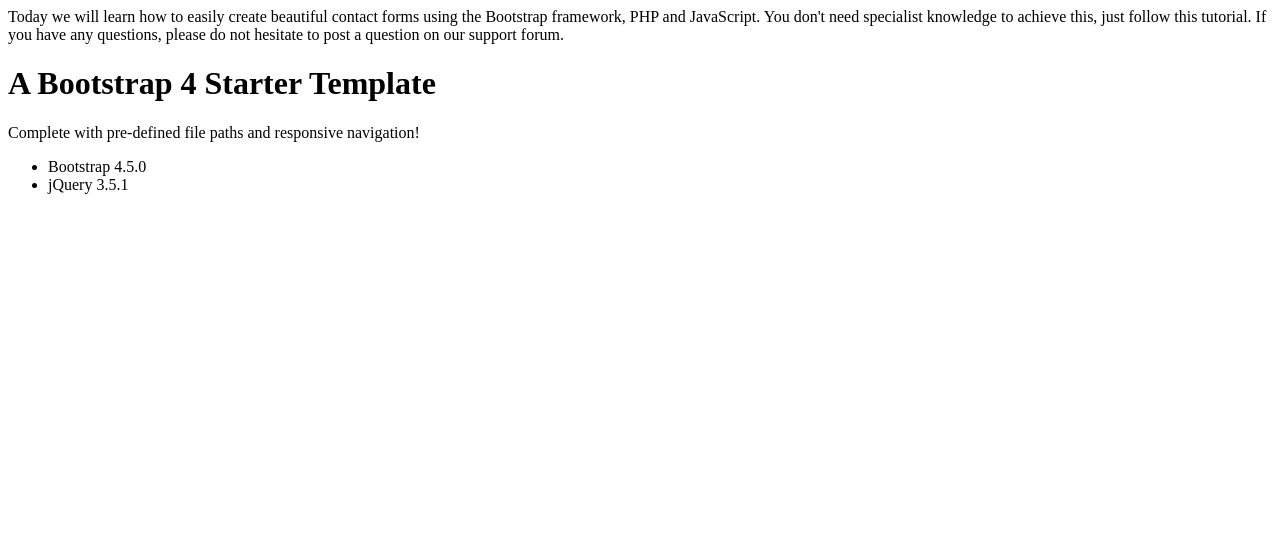
Repository: QuangThuanLion/Project_SpringMVC
Page: http://localhost/springweb-mvc/WEB-INF/views/web/contact.jsp
These files come from the project's save history. The page is drawn as it stood at one moment and after the next save; the edit follows.
The browser window is 1280 px wide. The pictures show the whole page.
The page is served by Tomcat 9. Nobody is signed in. Other server files are loaded and not shown. The template is opened directly, without the code that normally fills it, so the values that code supplies are empty.

Above is the page before, as saved 2020-07-01 17:30:47.

### springweb-mvc/src/main/webapp/WEB-INF/views/web/contact.jsp
<%@ page language="java" contentType="text/html; charset=UTF-8" pageEncoding="UTF-8"%>
<!DOCTYPE html>
<html>
<head>
<meta charset="UTF-8">
<title>Liên hệ - Liên hệ của cửa hàng nội thất xe hơi</title>
</head>
<body>

  <div>
  	Today we will learn how to easily create beautiful contact forms using the Bootstrap framework,
  	PHP and JavaScript. You don't need specialist knowledge to achieve this, just follow this tutorial.
  	If you have any questions, please do not hesitate to post a question on our support forum.
  </div>

  <!-- Page Content -->
  <div class="container">
    <div class="row">
      <div class="col-lg-12 text-center">
        <h1 class="mt-5">A Bootstrap 4 Starter Template</h1>
        <p class="lead">Complete with pre-defined file paths and responsive navigation!</p>
        <ul class="list-unstyled">
          <li>Bootstrap 4.5.0</li>
          <li>jQuery 3.5.1</li>
        </ul>
      </div>
    </div>
  </div>

</body>
</html>

After the next save:
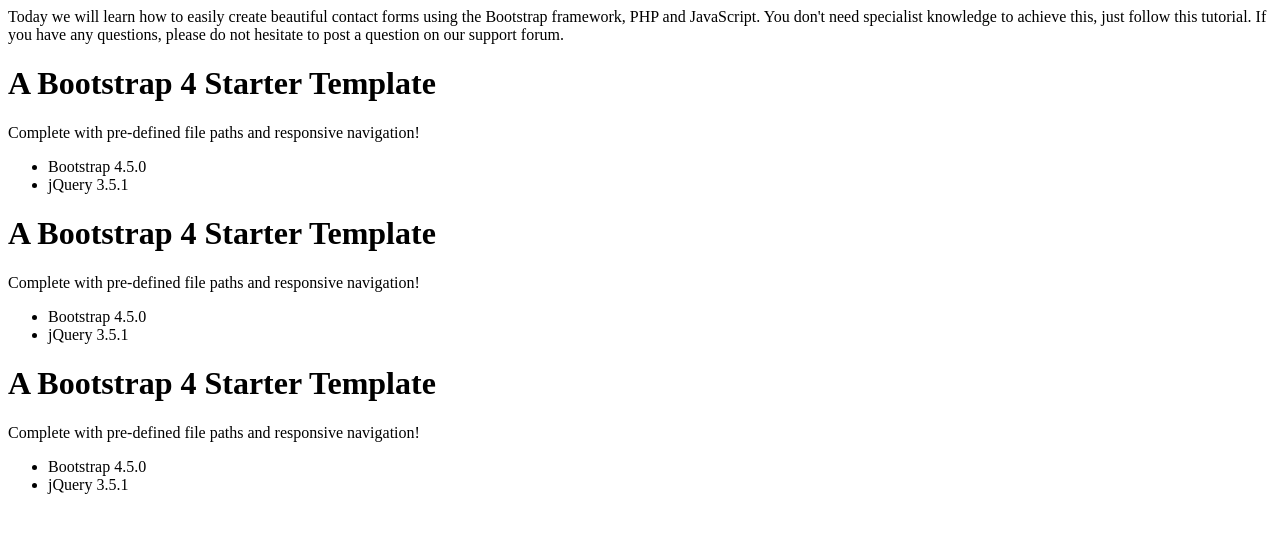
Saved 16 s later.
--- a/springweb-mvc/src/main/webapp/WEB-INF/views/web/contact.jsp
+++ b/springweb-mvc/src/main/webapp/WEB-INF/views/web/contact.jsp
@@ -27,5 +27,33 @@
     </div>
   </div>
 
+    <!-- Page Content -->
+  <div class="container">
+    <div class="row">
+      <div class="col-lg-12 text-center">
+        <h1 class="mt-5">A Bootstrap 4 Starter Template</h1>
+        <p class="lead">Complete with pre-defined file paths and responsive navigation!</p>
+        <ul class="list-unstyled">
+          <li>Bootstrap 4.5.0</li>
+          <li>jQuery 3.5.1</li>
+        </ul>
+      </div>
+    </div>
+  </div>
+
+    <!-- Page Content -->
+  <div class="container">
+    <div class="row">
+      <div class="col-lg-12 text-center">
+        <h1 class="mt-5">A Bootstrap 4 Starter Template</h1>
+        <p class="lead">Complete with pre-defined file paths and responsive navigation!</p>
+        <ul class="list-unstyled">
+          <li>Bootstrap 4.5.0</li>
+          <li>jQuery 3.5.1</li>
+        </ul>
+      </div>
+    </div>
+  </div>
+
 </body>
 </html>
